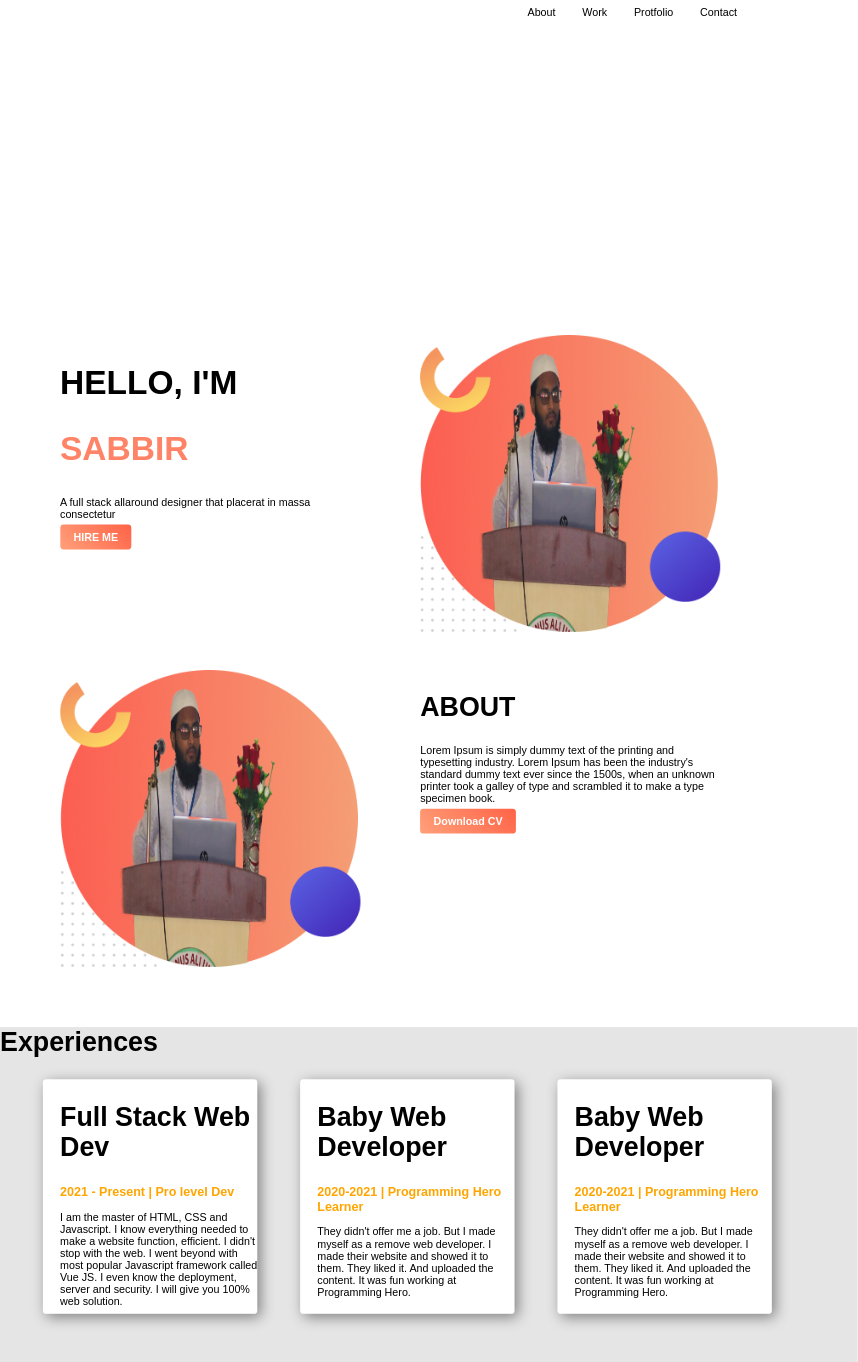
Repository: sabbircse3/personal-website
Page: index.html
The author's editor kept a copy of each file at every save. The page is drawn from the files as they stood at one save, then again after a run of saves.
The browser window is 1280 px wide. The pictures show the whole page, at 67% of full size.

Above is the page before, as saved 2021-01-06 00:21:29.

### index.html
<!DOCTYPE html>
<html lang="en">
<head>
    <title>personal-website</title>
    <link rel="preconnect" href="https://fonts.gstatic.com">
    <link href="https://fonts.googleapis.com/css2?family=Montserrat&display=swap" rel="stylesheet">
    <link rel="stylesheet" href="style.css">
</head>
<body>

    <section>
        <div>
            <ul id="menu">
                <li><a href="#">Contact</a></li>
                <li><a href="#">Protfolio</a></li>
                <li><a href="#">Work</a></li>
                <li><a href="#">About</a></li>
            </ul>
        </div>
    </section>

    <section class="top-banner">
        <div class="half-width">
            <h1>HELLO, I'M</h1>
            <h1> <span class="name-highlight">SABBIR</span></h1>
            <p>A full stack allaround designer that placerat in massa consectetur</p>
            <a class="link-button" target="_blank" href="https://www.linkedin.com/company/programminghero/">HIRE ME</a>
        </div>

        <div class="half-width">
            <img src="images/sabbir1.png" alt="">
        </div>
    </section>

    <section class="about">
        <div class="half-width">
            <img src="images/sabbir1.png" alt="">
        </div>

        <div class="half-width">
            <h2> ABOUT</h2>
            <p>Lorem Ipsum is simply dummy text of the printing and typesetting industry. Lorem Ipsum has been the industry's standard dummy text ever since the 1500s, when an unknown printer took a galley of type and scrambled it to make a type specimen book.</p>
            <a class="link-button" target="_blank" href="https://www.linkedin.com/company/programminghero/">Download CV</a>
        </div>

    </section>

    <section class="experience-area">
        <h2>Experiences</h2>
        <div id="full-stack" class="half-width single-experience">
            <h2>Full Stack Web Dev</h2>
            <h3 class="orange-highlight">2021 - Present | Pro level Dev</h3>
            <p>I am the master of HTML, CSS and Javascript. I know everything needed to make a website function, efficient. I didn't stop with the web. I went beyond with most popular Javascript framework called Vue JS. I even know the deployment, server and security. I will give you 100% web solution.</p>

        </div>

        <div id="baby-web" class="half-width single-experience">
            <h2>Baby Web Developer</h2>
            <h3 class="orange-highlight">2020-2021 | Programming Hero Learner</h3>
            <p>They didn't offer me a job. But I made myself as a remove web developer. I made their website and showed it to them. They liked it. And uploaded the content. It was fun working at Programming Hero.</p>

        </div>

        <div id="baby-web" class="half-width single-experience">
            <h2>Baby Web Developer</h2>
            <h3 class="orange-highlight">2020-2021 | Programming Hero Learner</h3>
            <p>They didn't offer me a job. But I made myself as a remove web developer. I made their website and showed it to them. They liked it. And uploaded the content. It was fun working at Programming Hero.</p>

        </div>



    </section>

</body>
</html>

### style.css
body{
    font-family: sans-serif;
    margin: 0px;
}
#menu{
	padding:0;
	list-style-type:none;
	width:960px;
	margin:0 auto;
}
#menu li{
	float:right;
}
#menu li a{
	color:black;
	text-decoration:none;
	padding:10px 20px;
	display:block;
}

h1{
    font-size: 50px;
}
h2{
    font-size: 40px;
}
.name-highlight{
    color: #FF8367;
}
.half-width{
    width: 35%;
    float: left;
    margin-left: 5%;
    padding-left: 2%;
}
.half-width img{
    width: 100%;
}

section{
    height: 500px;
}
.link-button{
    text-decoration: none;
    background-image: linear-gradient(45deg, lightSalmon, tomato);
    padding: 10px 20px;
    border-radius: 5px;
    color: white;
    font-weight: 700;
}
.experience-area{
    background-color: #E5E5E5;
    background-position: left;
}
.orange-highlight{
    color: orange;
}
.single-experience{
    box-shadow: 5px 5px 20px gray;
    border-radius: 5px;
	height: 70%;
	width: 23%;
}
#full-stack{
    background-color: white;
}
#baby-web{
	background-color: white;
}
footer p{
    text-align: center;
    font-size: 12px;
}

After the next 14 saves:
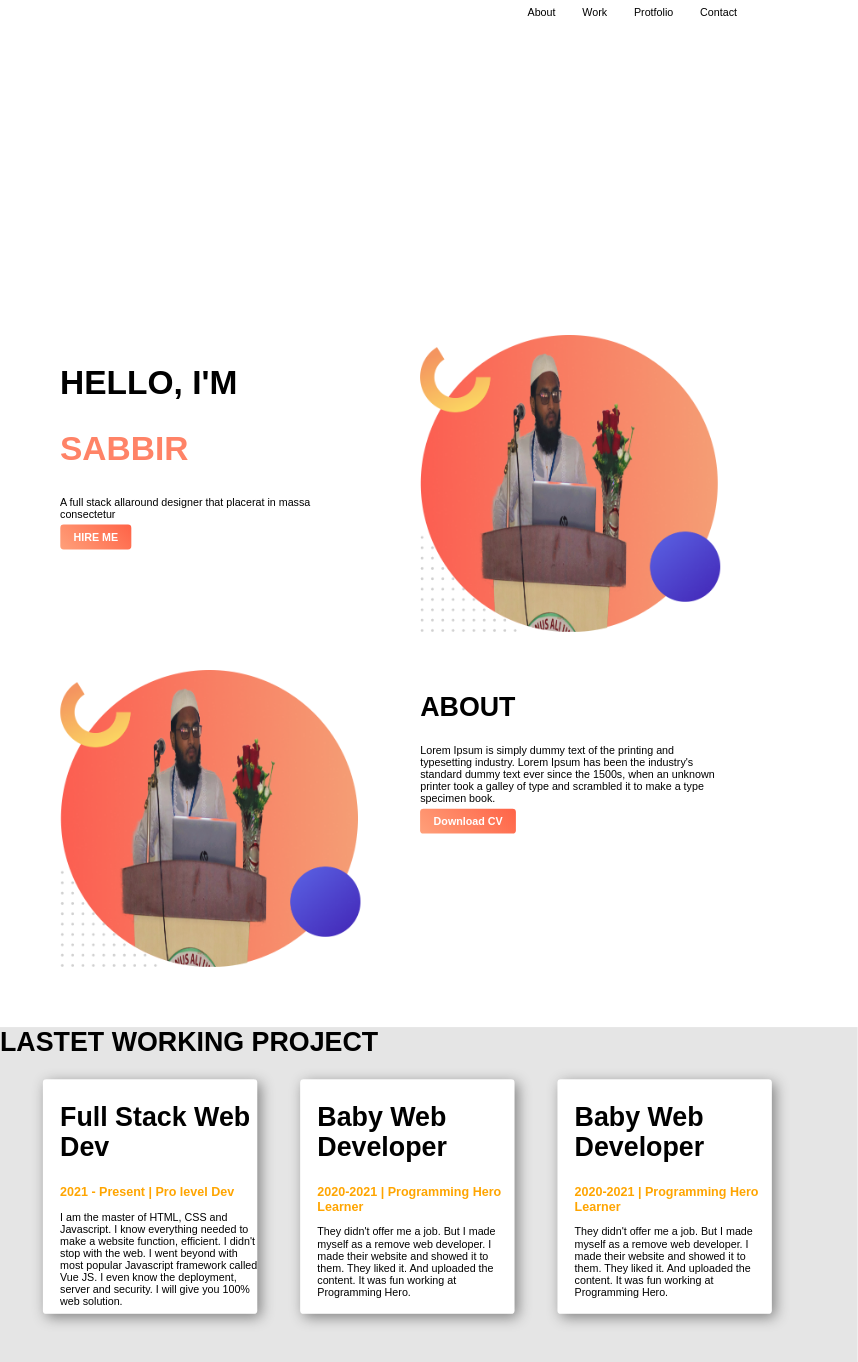
The 14 saves are shown as one change because they came seconds apart.
The last was saved 96 s later.
--- a/index.html
+++ b/index.html
@@ -46,7 +46,7 @@
     </section>
 
     <section class="experience-area">
-        <h2>Experiences</h2>
+        <h2>LASTET WORKING PROJECT</h2>
         <div id="full-stack" class="half-width single-experience">
             <h2>Full Stack Web Dev</h2>
             <h3 class="orange-highlight">2021 - Present | Pro level Dev</h3>
